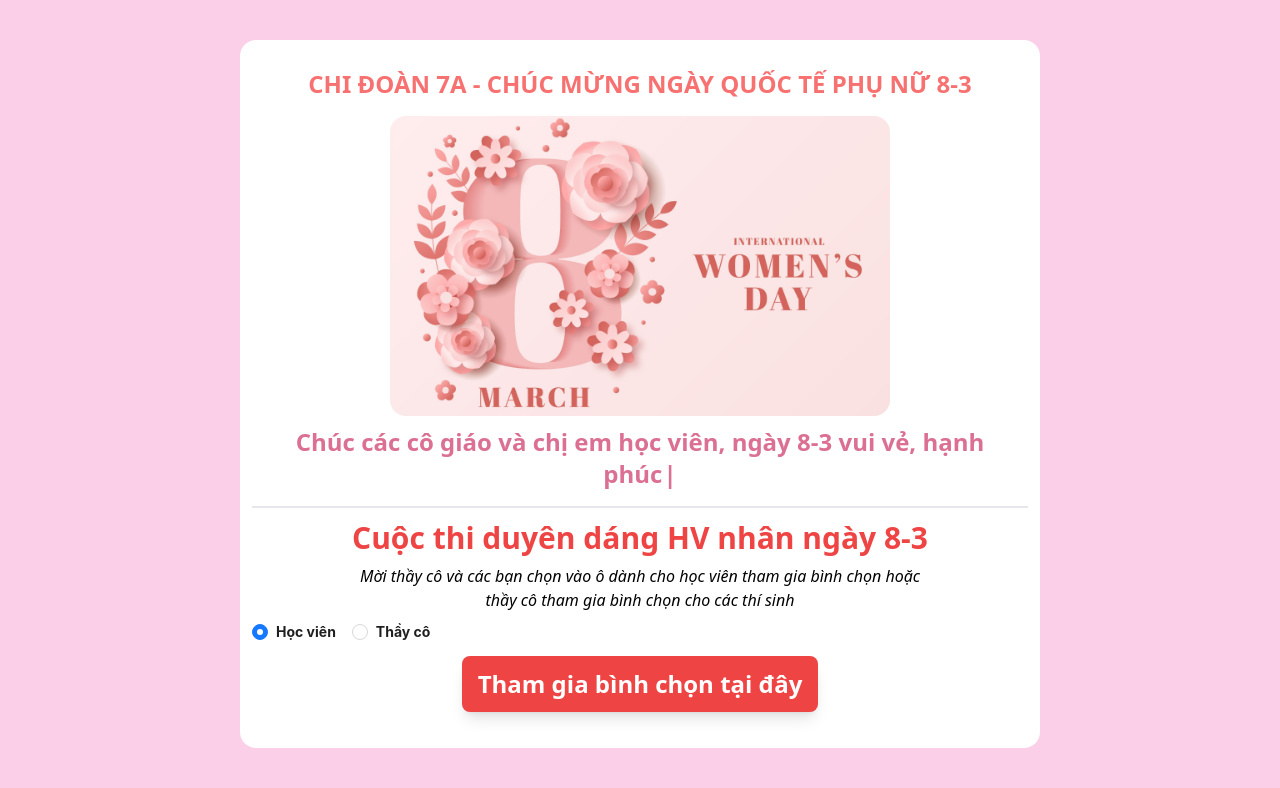
Repository: hoang0508/web-837A
Page: /
An editor plug-in stored every save of this project. The page is shown before and after the next save, followed by the edit.
The browser window is 1280 px wide. The pictures show the whole page.
Some web fonts or font styles are not loaded; a fallback is used. The project was rebuilt for these pictures with package versions that can differ from the ones it lists, and the page was loaded fresh each time. Also part of the build but not shown: vite.config.js.

Above is the page before, as saved 2025-02-28 19:47:24.

### index.html
<!DOCTYPE html>
<html lang="en">
  <head>
    <meta charset="UTF-8" />
    <link rel="icon" type="image/svg+xml" href="/vite.svg" />
    <meta name="viewport" content="width=device-width, initial-scale=1.0" />
    <link rel="preconnect" href="https://fonts.googleapis.com" />
    <link rel="preconnect" href="https://fonts.gstatic.com" crossorigin />
    <link
      href="https://fonts.googleapis.com/css2?family=Bai+Jamjuree:ital,wght@0,200;0,300;0,400;0,500;0,600;0,700;1,200;1,300;1,400;1,500;1,600;1,700&family=Montserrat:ital,wght@0,100..900;1,100..900&display=swap"
      rel="stylesheet"
    />
    <title>Vite + React</title>
  </head>
  <body>
    <div id="root"></div>
    <script type="module" src="/src/main.jsx"></script>
  </body>
</html>

### src/index.css
@import url("https://fonts.googleapis.com/css2?family=Bai+Jamjuree:ital,wght@0,200;0,300;0,400;0,500;0,600;0,700;1,200;1,300;1,400;1,500;1,600;1,700&family=Montserrat:ital,wght@0,100..900;1,100..900&display=swap");
@tailwind base;
@tailwind components;
@tailwind utilities;
*,
*:before,
*:after {
  box-sizing: border-box;
}

img,
picture,
svg,
video {
  display: block;
  max-width: 100%;
}
input,
select,
textarea {
  background-color: transparent;
  outline: none;
}
button {
  cursor: pointer;
  background-color: transparent;
  outline: none;
  border: 0;
}
body {
  min-height: 100vh;
  font-weight: 400;
  font-size: 16px;
  line-height: 1;
}

.Typewriter {
  margin: 10px;
  color: palevioletred;
  text-align: center;
  height: 70px;
}

### src/App.jsx
import { useState } from "react";
import reactLogo from "./assets/react.svg";
import anh83 from "./assets/anh832.png";
import Typewriter from "typewriter-effect";

import { Radio } from "antd";

import "./index.css";

function App() {
  const [count, setCount] = useState(0);
  const [value, setValue] = useState(1);
  console.log("🚀 ~ App ~ value:", value);

  const onChange = (e) => {
    setValue(e.target.value);
  };

  return (
    <>
      <div className="text-2xl font-bold  bg-pink-200 min-h-screen p-10">
        <div className="bg-white shadow-3xl p-3 w-[800px]  my-0 mx-auto rounded-2xl">
          <h1 className="text-center text-red-400 p-4 uppercase">
            Chi đoàn 7A - CHÚC MỪNG NGÀY QUỐC TẾ PHỤ NỮ 8-3
          </h1>
          <div className="mx-auto w-[500px] h-[300px]">
            <img
              src={anh83}
              alt="##"
              className="w-full h-full object-cover rounded-2xl"
            />
          </div>
          <div className="border-b-2 border-gray-200">
            <Typewriter
              options={{
                strings: [
                  `${"Chúc các cô giáo và chị em học viên, ngày 8-3 vui vẻ, hạnh phúc, luôn mạnh khỏe và thành công! 🌸💐❤️❤️❤️💰"}`,
                ],
                delay: 75,
                autoStart: true,
                loop: true,
              }}
            />
          </div>
          <div className="my-3">
            <h3 className="text-center font-bold text-red-500 mb-2 text-3xl">
              Cuộc thi duyên dáng HV nhân ngày 8-3
            </h3>
            <div className="flex justify-center items-center">
              <p className="text-center italic text-base max-w-xl font-light">
                Mời thầy cô và các bạn chọn vào ô dành cho học viên tham gia
                bình chọn hoặc thầy cô tham gia bình chọn cho các thí sinh
              </p>
            </div>
            <Radio.Group
              className="custom-radio"
              onChange={onChange}
              value={value}
              options={[
                { value: 1, label: "Học viên" },
                { value: 2, label: "Thầy cô" },
              ]}
            />
            <div className="py-3 flex justify-center items-center">
              <button
                onClick={(e) => handleClickBtn(e)}
                className="flex justify-center items-center py-3 px-4 bg-red-500 rounded-lg shadow-lg text-white"
              >
                Tham gia bình chọn tại đây
              </button>
            </div>
          </div>
        </div>
      </div>
    </>
  );
}

export default App;

### tailwind.config.js
/** @type {import('tailwindcss').Config} */
export default {
  content: ["./index.html", "./src/**/*.{js,ts,jsx,tsx}"],
  theme: {
    extend: {
      keyframes: {
        typing: {
          "0%": {
            width: "0%",
            visibility: "hidden",
          },
          "100%": {
            width: "100%",
          },
        },
        blink: {
          "50%": {
            borderColor: "transparent",
          },
          "100%": {
            borderColor: "white",
          },
        },
      },
      animation: {
        typing: "typing 5s steps(40) infinite alternate, blink .10s infinite",
      },
    },
  },
  plugins: [],
};

Loaded but not shown: src/main.jsx (common file)

After the next save:
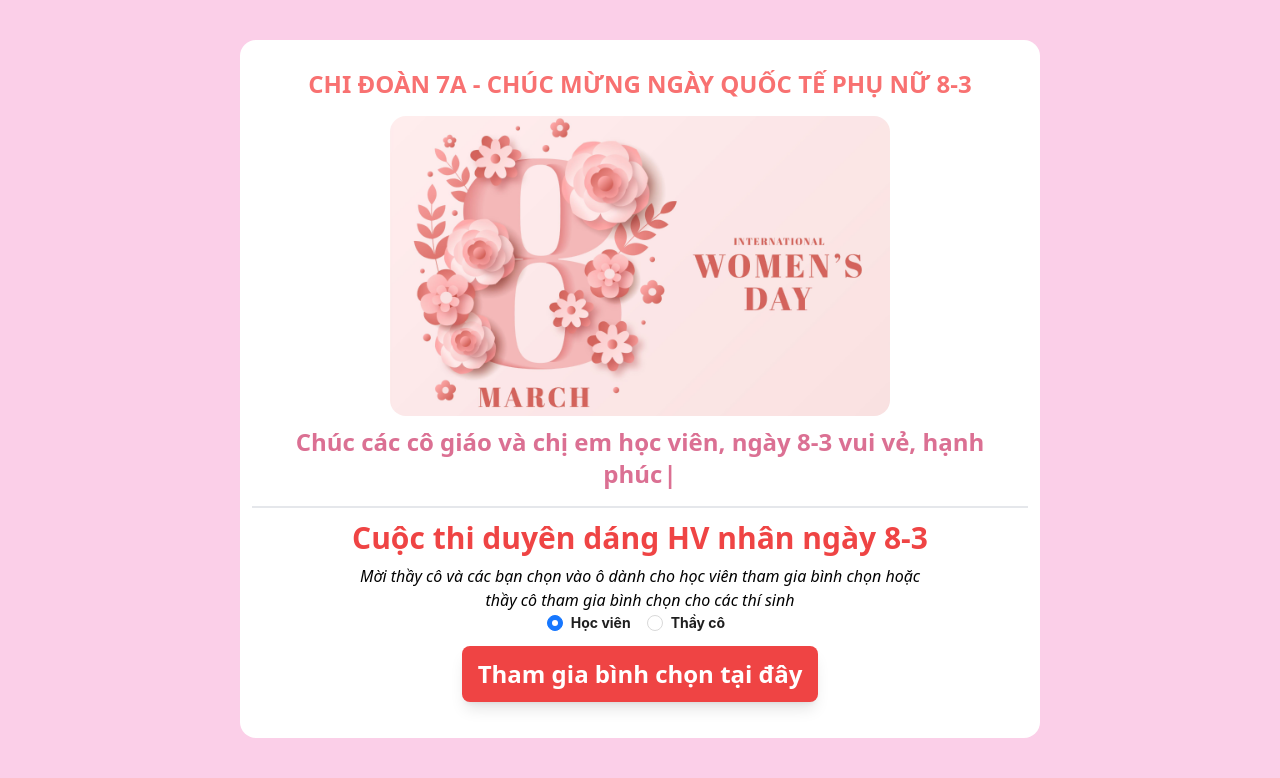
Saved 35 s later.
--- a/src/App.jsx
+++ b/src/App.jsx
@@ -52,15 +52,17 @@ function App() {
                 bình chọn hoặc thầy cô tham gia bình chọn cho các thí sinh
               </p>
             </div>
-            <Radio.Group
-              className="custom-radio"
-              onChange={onChange}
-              value={value}
-              options={[
-                { value: 1, label: "Học viên" },
-                { value: 2, label: "Thầy cô" },
-              ]}
-            />
+            <div className="flex items-center justify-center">
+              <Radio.Group
+                className="custom-radio"
+                onChange={onChange}
+                value={value}
+                options={[
+                  { value: 1, label: "Học viên" },
+                  { value: 2, label: "Thầy cô" },
+                ]}
+              />
+            </div>
             <div className="py-3 flex justify-center items-center">
               <button
                 onClick={(e) => handleClickBtn(e)}
